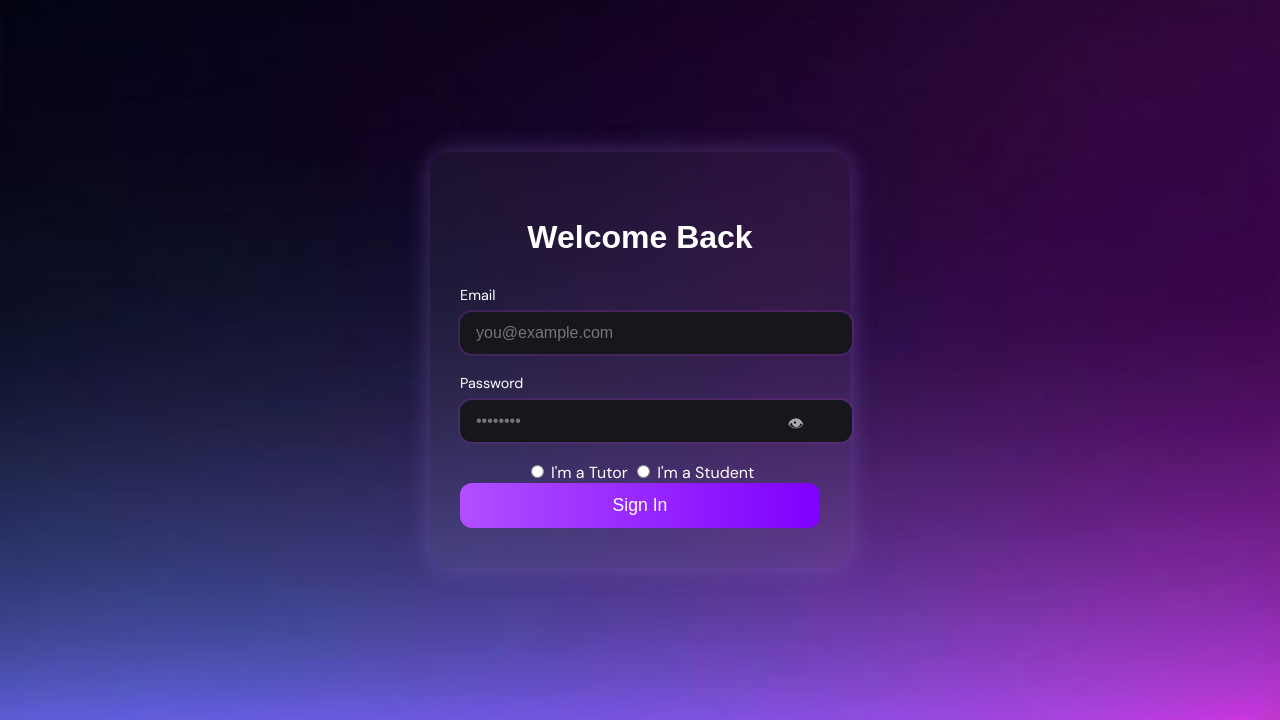
Repository: damndana/UIREN
Page: http://localhost/signin/
The author's editor kept a copy of each file at every save. The page is drawn from the files as they stood at one save, then again after a run of saves.
The browser window is 1280 px wide. The pictures show the whole page.
The page is served by the project's application, run on Django 5.2 (manage.py).

Above is the page before, as saved 2025-03-28 22:58:16.

After the next 3 saves:
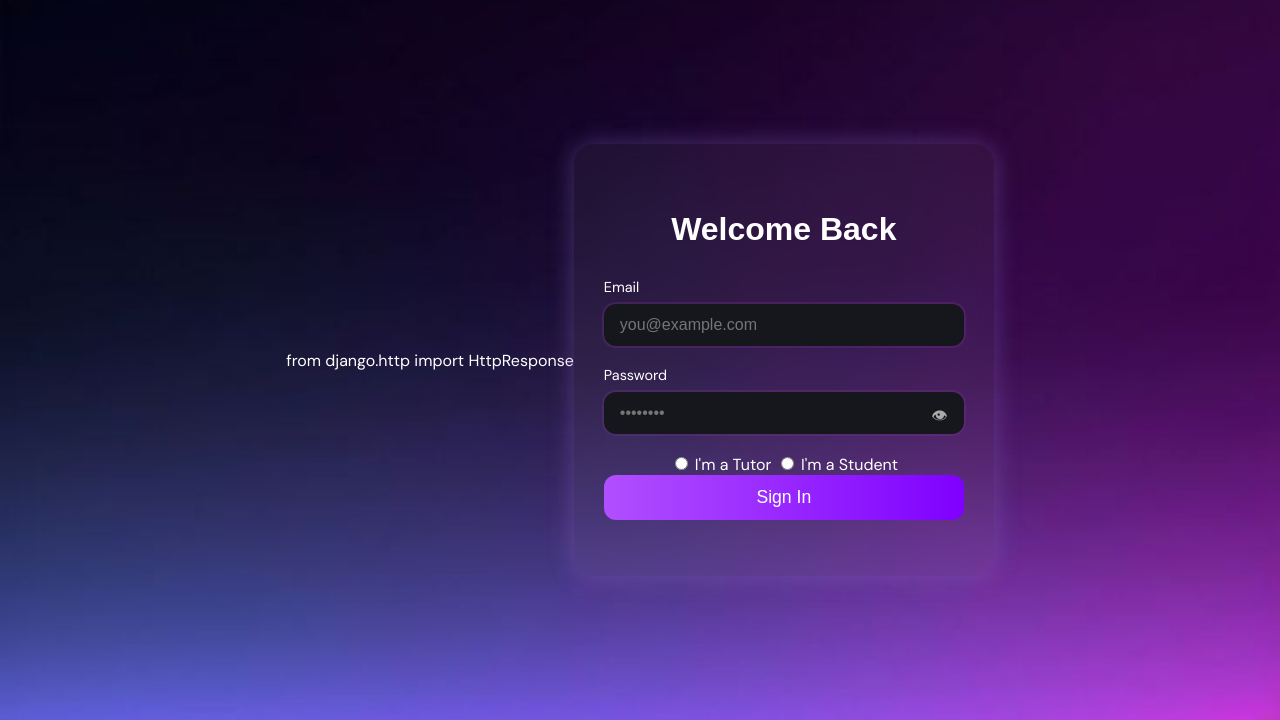
The 3 saves are shown as one change because they came seconds apart.
The last was saved 44 s later.
--- a/main/templates/signin.html
+++ b/main/templates/signin.html
@@ -1,3 +1,4 @@
+from django.http import HttpResponse
 {% load static %}
 <!DOCTYPE html>
 <html lang="en">

After the save that followed:
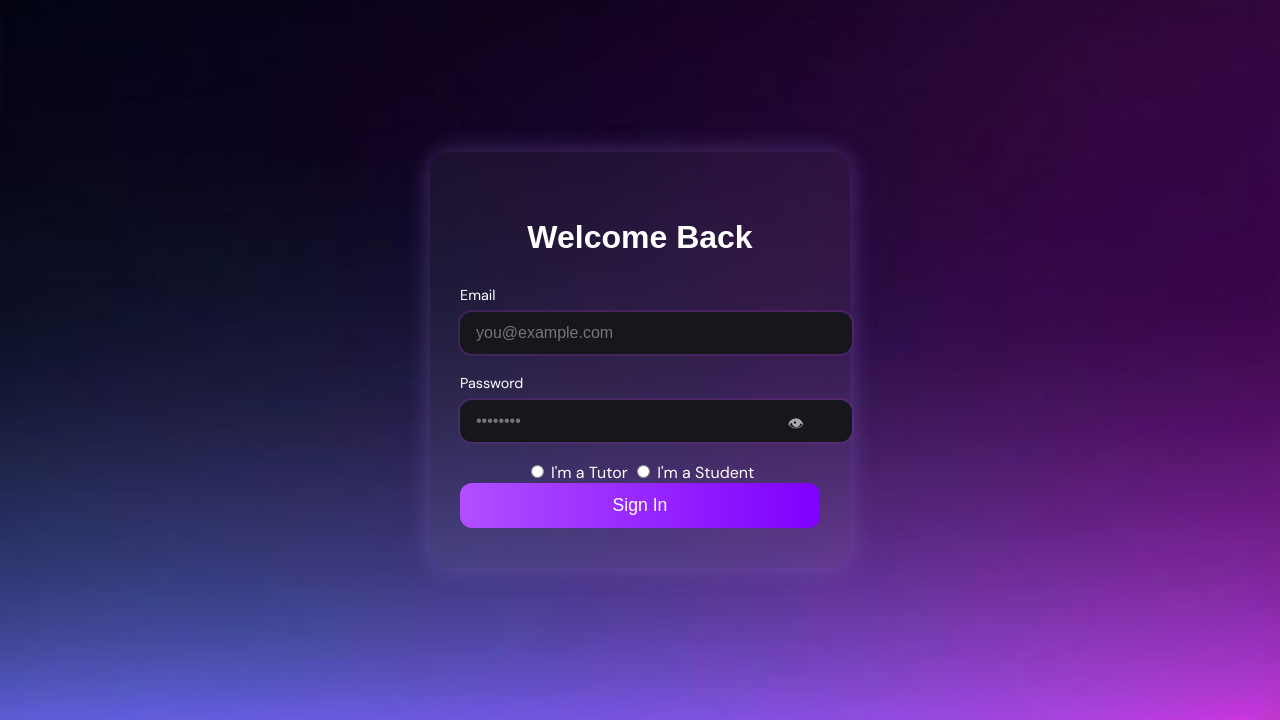
Saved 8 s later.
--- a/main/templates/signin.html
+++ b/main/templates/signin.html
@@ -1,4 +1,4 @@
-from django.http import HttpResponse
+
 {% load static %}
 <!DOCTYPE html>
 <html lang="en">
